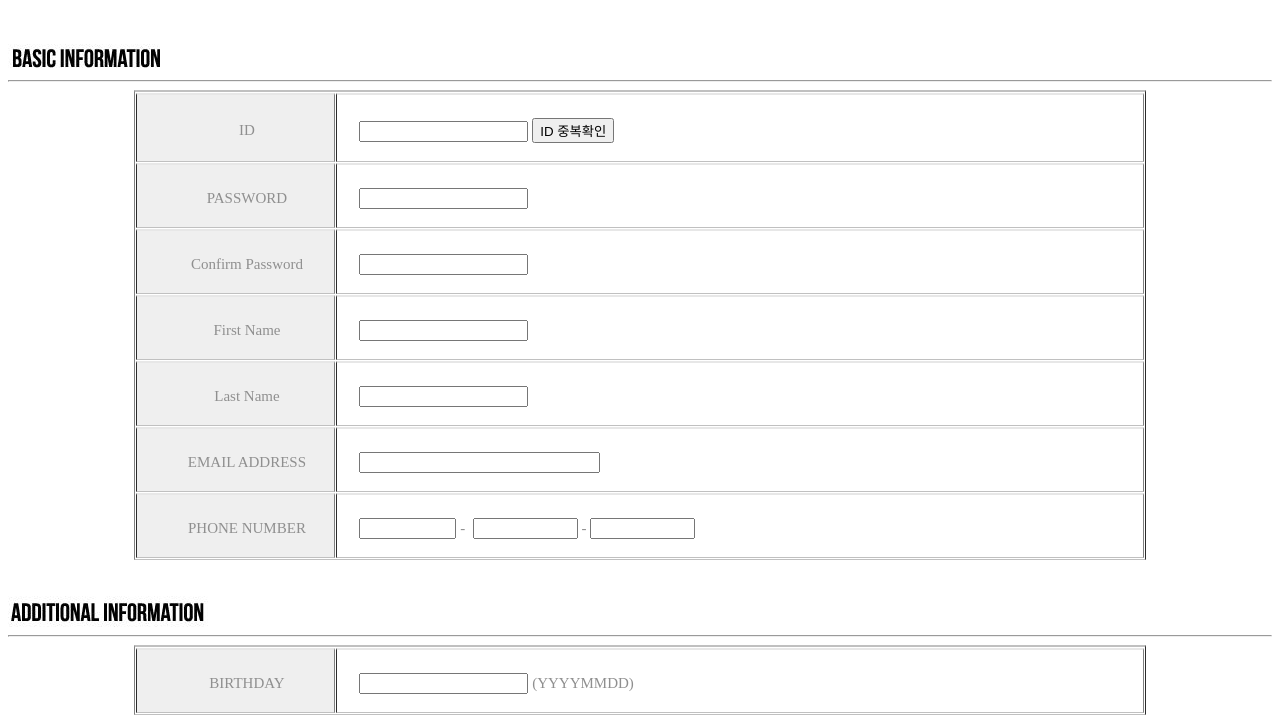
Repository: kminjoo/Making-website-using-JSP
Page: http://localhost/website_project/Register.jsp
These files come from the project's save history. The page is drawn as it stood at one moment and after the next save; the edit follows.
The browser window is 1280 px wide. The pictures show the whole page.
The page is served by Tomcat 9. Other server files are loaded and not shown.

Above is the page before, as saved 2015-07-21 14:22:36.

### website_project/WebContent/Register.jsp
<%@ page language="java" contentType="text/html; charset=EUC-KR"
    pageEncoding="EUC-KR"%>
<!DOCTYPE html PUBLIC "-//W3C//DTD HTML 4.01 Transitional//EN" "http://www.w3.org/TR/html4/loose.dtd">
<html>
<head>
<meta http-equiv="Content-Type" content="text/html; charset=EUC-KR">
<title>Welcome to Minjoo's Website!</title>
<link href="style.css" rel="stylesheet" type="text/css">

<script language="JavaScript" src="script.js"></script>
</head>
<body><br><br>
<div><img src="<%=request.getContextPath() %>/images/basicInfo.JPG"/></div>
<hr>
<table border="1" cellpadding="18" cellspacing="1" width="80%" align="center">
<form name="regForm" method="post" action="RegisterProc.jsp">
	<tr>
		<td width="13%" align="center" bgcolor="#EFEFEF">ID</td>
		<td width="60%"><input type="text" name="mem_id" size="18">
		<input type="button" value="ID 중복확인" onClick="idCheck(this.form.mem_id.value)"></td>
	</tr>
	<tr>
		<td width="13%" align="center" bgcolor="#EFEFEF">PASSWORD</td>
		<td width="60%"><input type="password" name="mem_passwd" size="18">
	</tr>
	<tr>
		<td width="13%" align="center" bgcolor="#EFEFEF">Confirm Password</td>
		<td width="60%"><input type="password" name="mem_repasswd" size="18">
	</tr>
	<tr>
		<td width="13%" align="center" bgcolor="#EFEFEF">First Name</td>
		<td width="60%"><input type="text" name="mem_firstname" size="18"></td>
	</tr>
	<tr>
		<td width="13%" align="center" bgcolor="#EFEFEF">Last Name</td>
		<td width="60%"><input type="text" name="mem_lastname" size="18"></td>
	</tr>
	<tr>
		<td width="13%" align="center" bgcolor="#EFEFEF">EMAIL ADDRESS</td>
		<td width="60%"><input type="text" name="mem_email" size="27">
	</tr>
	<tr>
		<td width="13%" align="center" bgcolor="#EFEFEF">PHONE NUMBER</td>
		<td width="30%"><input type="text" name="mem_phone1" size="9">&nbsp;-&nbsp;
		<input type="text" name="mem_phone2" size="10">&nbsp;-&nbsp;<input type="text" name="mem_phone3" size="10"></td>
	</tr>

</table>
<br><br>
<div><img src="<%=request.getContextPath() %>/images/additional.JPG"/></div>
<hr>
<table border="1" cellpadding="18" cellspacing="1" width="80%" align="center">
<tr>
		<td width="13%" align="center" bgcolor="#EFEFEF">BIRTHDAY</td>
		<td width="60%"><input type="text" name="mem_id" size="18">
		(YYYYMMDD)</td>
</tr>
</table>
</form>

</body>
</html>

### website_project/WebContent/style.css
@CHARSET "EUC-KR";

hr {
    display: block;
    margin-top: 0.5em;
    margin-bottom: 0.5em;
    margin-left: auto;
    margin-right: auto;
    border-style: inset;
    border-width: 1px;
}

/*table {
    display: table;
    border-collapse: collpase;
    border-spacing: 0px;
    border-color: #EFEFEF;
}*/

img{vertical-align:middle;}

table{table-layout:fixed;border-top:2px solid #c0c0c0;border-bottom:1px solid #c0c0c0;}

td{padding:23px 0 18px 22px;border-top:2px solid #e7e7e7;color:#8f8f8f;line-height:140%;font-size:15px;}

### website_project/WebContent/script.js
/**
 *
 */


function loginCheck(){
	if(document.login.mem_id.value==""){
		alert("Enter your ID.");
		document.login.mem_id.focus();
		return;
	}
	if(document.login.mem_passwd.value==""){
		alert("Enter your password.");
		document.login.mem_passwd.focus();
		return;
	}
	document.login.submit();

}

function memberReg(){
	location.href ="Register.jsp";
}
function idCheck(id){
	if(id == ""){
	alert("Enter your ID.");
	document.regForm.mem_id.focus();
	}else{
		url="IdCheck.jsp?mem_id=" + id;
		window.open(url,"post","width=300,height=150");
	}
}

function inputCheck(){
	if(document.regForm.mem_id.value==""){
		alert("Enter your ID.");
		document.regForm.mem_id.focus();
		return;
	}
	if(document.regForm.mem_password.value==""){
		alert("Enter your Password.");
		document.regForm.mem_password.focus();
		return;
	}
	if(document.regForm.mem_repasswd.value==""){
		alert("Enter your Password.");
		document.regForm.mem_repasswd.focus();
		return;
	}

	if(document.regForm.mem_password.value != document.regForm.mem_repasswd.value){
		alert("Passwords do not match.");
		document.regForm.mem_passwd.focus();
		return;
	}

	if(document.regForm.mem_firstname.value==""){
		alert("Enter your first name.");
		document.regForm.mem_firstname.focus();
		return;
	}
	if(document.regForm.mem_lastname.value==""){
		alert("Enter your last name.");
		document.regForm.mem_lastname.focus();
		return;
	}
	if(document.regForm.mem_email.value==""){
		alert("Enter your email address.");
		document.regForm.mem_email.focus();
		return;
	}
	if(document.regForm.mem_phone1.value==""){
		alert("Enter your phone number.");
		document.regForm.mem_phone1.focus();
		return;
	}
	if(document.regForm.mem_phone2.value==""){
		alert("Enter your phone number.");
		document.regForm.mem_phone2.focus();
		return;
	}
	if(document.regForm.mem_phone3.value==""){
		alert("Enter your phone number.");
		document.regForm.mem_phone3.focus();
		return;
	}

	var str = document.regForm.mem_email.value;
	var atPos = str.indexOf('@');
	var atLastPos = str.lastIndexOf('@');
	var dotPos = str.indexOf('.');
	var spacePos = str.indexOf(' ');
	var commaPos = str.indexOf(',');
	var emailSize = str.length;

	if(atPos>1 && atPos == atLastPos && dotPos > 3 && spacePos == -1 &&
			commaPos == -1 && atPos + 1 < dotPos && dotPos + 1 < emailSize );
	else{
		alert("This e-mail address is incorrectly formatted. \n\r Please try again.");
		document.regForm.mem_email.focus();
		return;
	}

	document.regForm.submit();
}

function inputCheck2(){
	if(document.regForm.mem_id.value==""){
		alert("Enter your ID.");
		document.regForm.mem_id.focus();
		return;
	}
	if(document.regForm.mem_password.value==""){
		alert("Enter your Password.");
		document.regForm.mem_password.focus();
		return;
	}

	if(document.regForm.mem_firstname.value==""){
		alert("Enter your first name.");
		document.regForm.mem_firstname.focus();
		return;
	}
	if(document.regForm.mem_lastname.value==""){
		alert("Enter your last name.");
		document.regForm.mem_lastname.focus();
		return;
	}
	if(document.regForm.mem_email.value==""){
		alert("Enter your email address.");
		document.regForm.mem_email.focus();
		return;
	}
	if(document.regForm.mem_phone1.value==""){
		alert("Enter your phone number.");
		document.regForm.mem_phone1.focus();
		return;
	}
	if(document.regForm.mem_phone2.value==""){
		alert("Enter your phone number.");
		document.regForm.mem_phone2.focus();
		return;
	}
	if(document.regForm.mem_phone3.value==""){
		alert("Enter your phone number.");
		document.regForm.mem_phone3.focus();
		return;
	}

	var str = document.regForm.mem_email.value;
	var atPos = str.indexOf('@');
	var atLastPos = str.lastIndexOf('@');
	var dotPos = str.indexOf('.');
	var spacePos = str.indexOf(' ');
	var commaPos = str.indexOf(',');
	var emailSize = str.length;

	if(atPos>1 && atPos == atLastPos && dotPos > 3 && spacePos == -1 &&
			commaPos == -1 && atPos + 1 < dotPos && dotPos + 1 < emailSize );
	else{
		alert("This e-mail address is incorrectly formatted. \n\r Please try again.");
		document.regForm.mem_email.focus();
		return;
	}

	document.regForm.submit();
}

function win_close()
{
	self.close();
}

function searchInputCheck(sform){
	if(sform.search.value==""){
	alert("Enter what you want to search");
	sform.search.focus();
	return false;
}
	sform.submit();
}

After the next save:
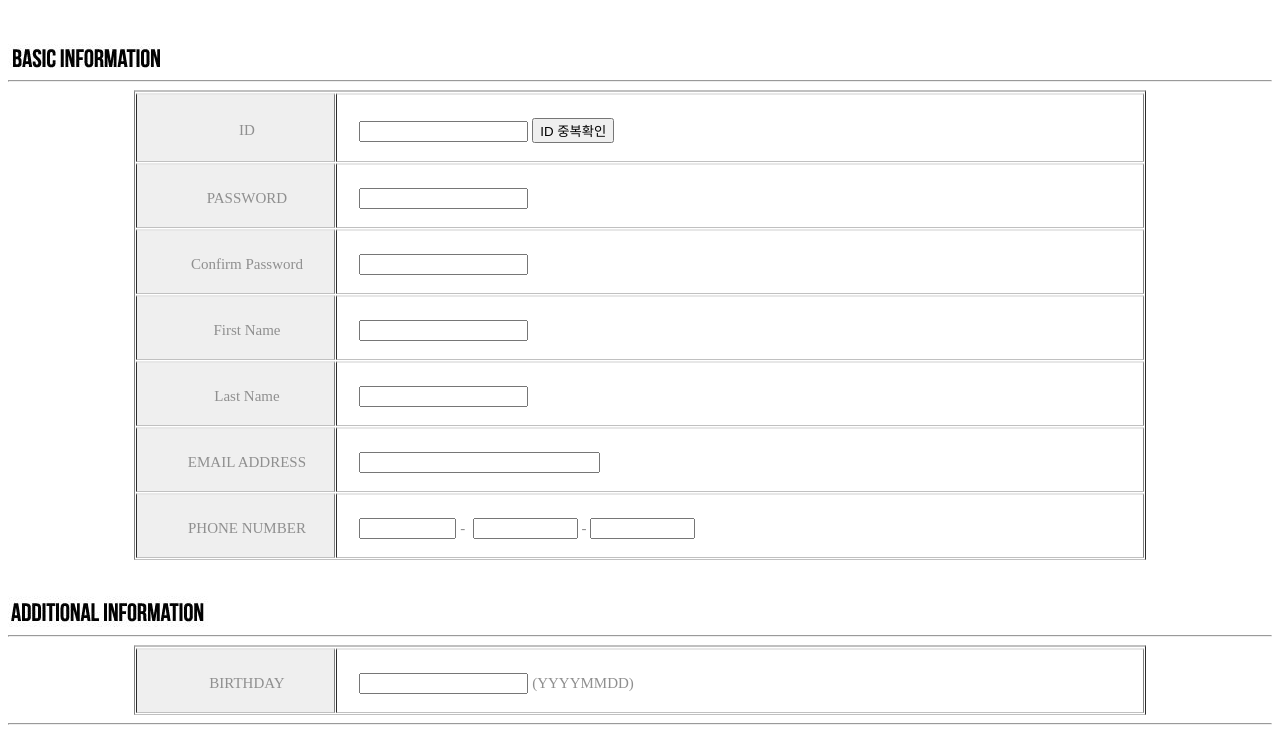
Saved 72 s later.
--- a/website_project/WebContent/Register.jsp
+++ b/website_project/WebContent/Register.jsp
@@ -52,10 +52,11 @@
 <table border="1" cellpadding="18" cellspacing="1" width="80%" align="center">
 <tr>
 		<td width="13%" align="center" bgcolor="#EFEFEF">BIRTHDAY</td>
-		<td width="60%"><input type="text" name="mem_id" size="18">
+		<td width="60%"><input type="text" name="mem_bday" size="18">
 		(YYYYMMDD)</td>
 </tr>
 </table>
+<hr>
 </form>
 
 </body>

After the save that followed:
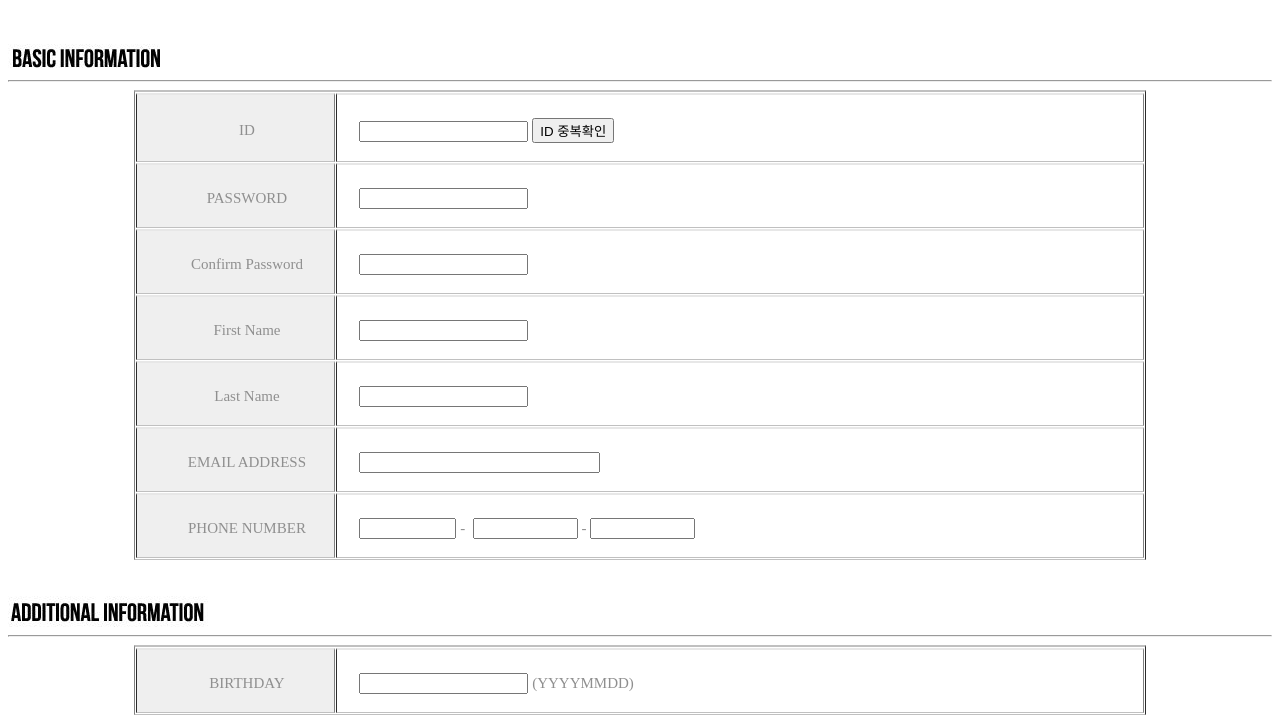
Saved 11 s later.
--- a/website_project/WebContent/Register.jsp
+++ b/website_project/WebContent/Register.jsp
@@ -56,7 +56,7 @@
 		(YYYYMMDD)</td>
 </tr>
 </table>
-<hr>
+
 </form>
 
 </body>
